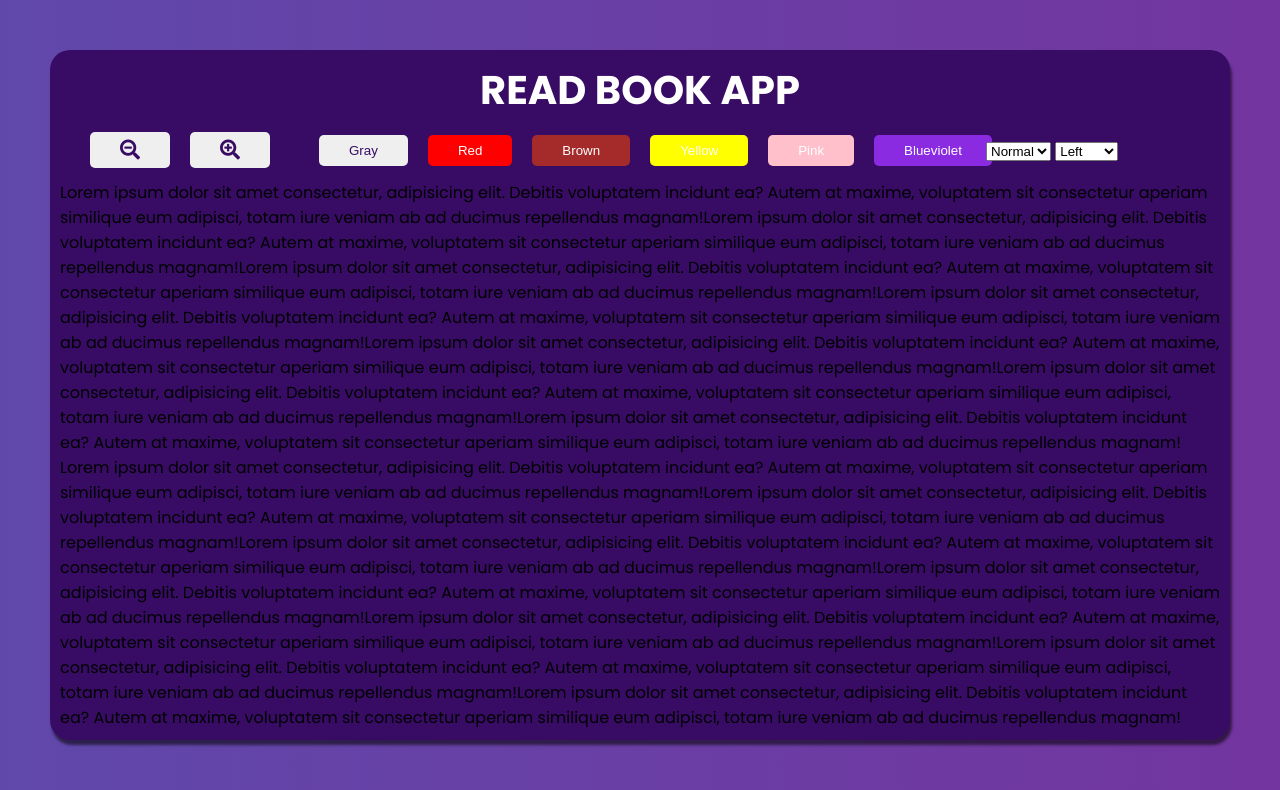
Repository: dinhconglam2306/frontend_tu_xa
Page: b09/02-reading-info/index.html
These files come from the project's save history. The page is drawn as it stood at one moment and after the next save; the edit follows.
The browser window is 1280 px wide. The pictures show the whole page.
Some web libraries are served in a nearby version. The style sheet was rebuilt from its Sass, Less or Tailwind sources for each picture, by a compiler version that may differ from the author's.

Above is the page before, as saved 2021-04-25 06:42:22.

After the next save:
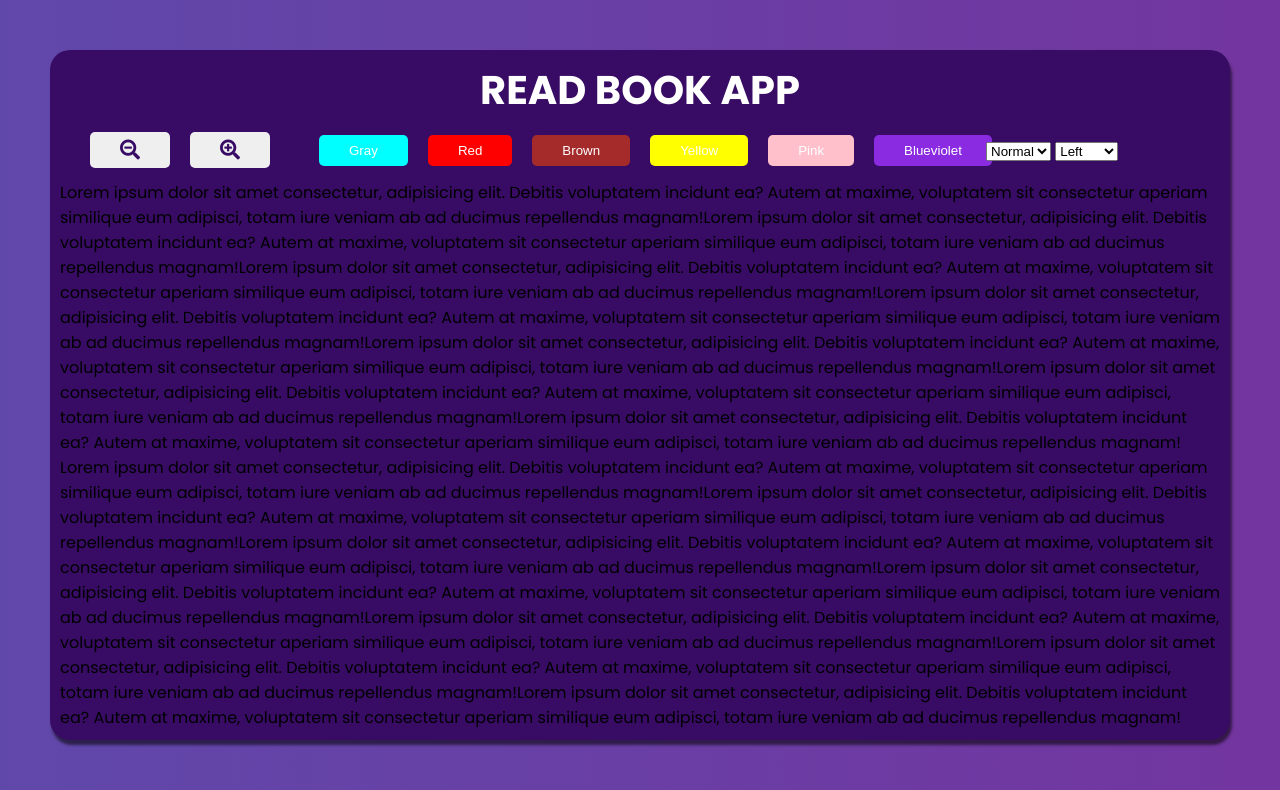
Saved 22 s later.
--- a/b09/02-reading-info/index.html
+++ b/b09/02-reading-info/index.html
@@ -32,7 +32,10 @@
         </div>
 
         <div class="app-controls-bg">
-          <button class="app-controls-bg__color gray" data-color="gray">
+          <button
+            class="app-controls-bg__color app-controls-bg__color-aqua"
+            data-color="aqua"
+          >
             Gray
           </button>
           <button
